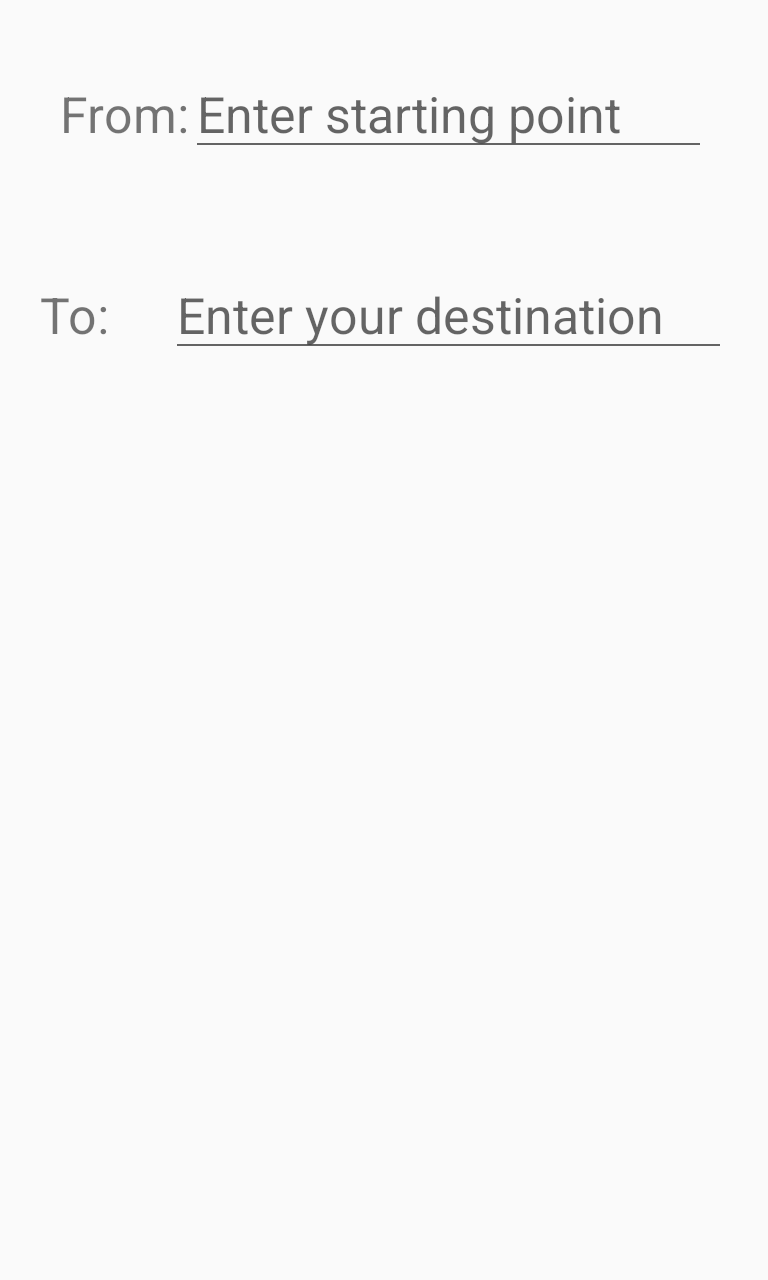
Repository: TewodrosT/LiLY
Layout: TransportationLily/res/layout/activity_main.xml
These files come from the project's save history. The layout is drawn as it stood at one moment and after the next save; the edit follows.
It is drawn on a 768 x 1280 px phone screen (xhdpi) without system bars, with theme AppTheme; the app's code is not run.

Above is the layout before, as saved 2014-08-05 17:10:32.

After the next save:
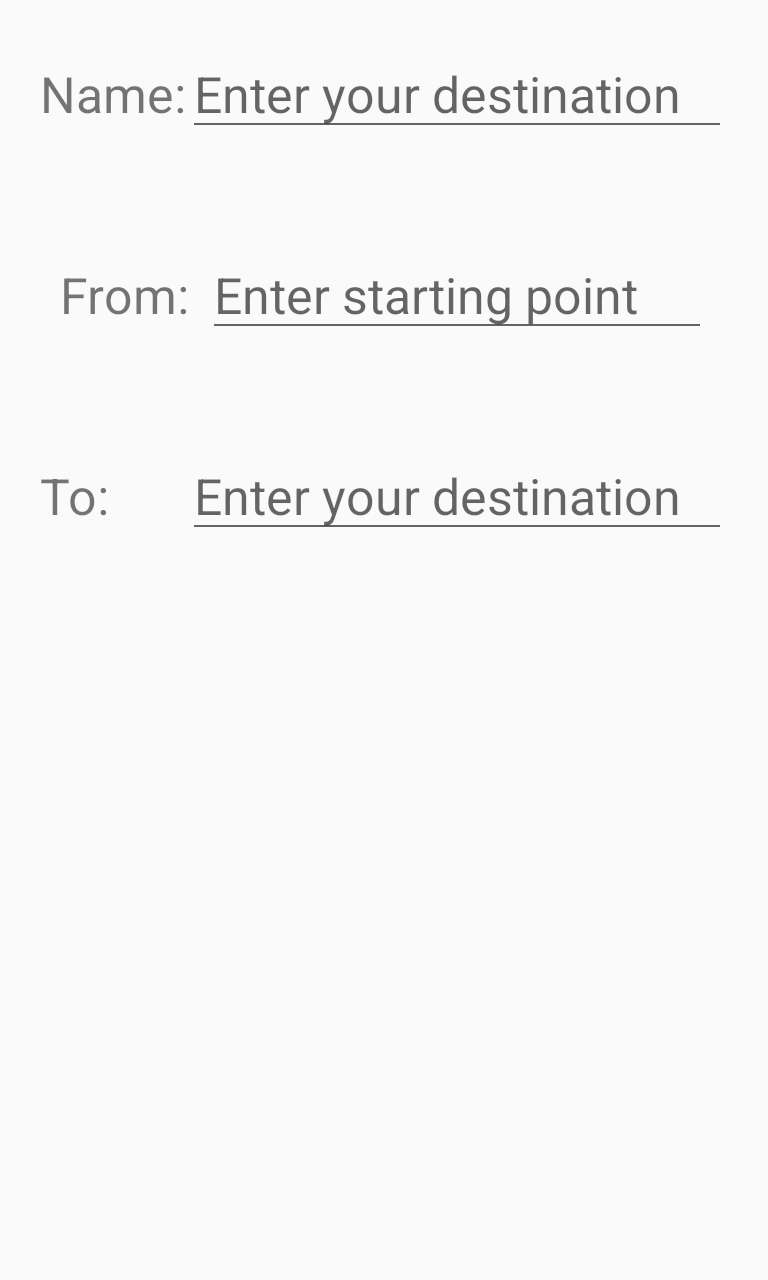
Saved 17 h 42 min later.
--- a/TransportationLily/res/layout/activity_main.xml
+++ b/TransportationLily/res/layout/activity_main.xml
@@ -8,6 +8,27 @@
     <TableLayout
         android:layout_width="match_parent"
         android:layout_height="match_parent" >
+
+
+        <TableRow
+            android:layout_width="wrap_content"
+            android:layout_height="wrap_content"
+            android:layout_margin="20sp" >
+
+            <TextView
+                android:layout_width="wrap_content"
+                android:layout_height="wrap_content"
+                android:text="@string/senior_name"
+                android:textSize="25sp" />
+
+            <EditText
+                android:id="@+id/to"
+                android:layout_width="0dp"
+                android:layout_height="wrap_content"
+                android:layout_weight="1"
+                android:hint="@string/ending_location"
+                android:textSize="25sp" />
+        </TableRow>
 
         <TableRow
             android:layout_width="wrap_content"
--- a/TransportationLily/res/values/strings.xml
+++ b/TransportationLily/res/values/strings.xml
@@ -8,6 +8,7 @@
     <string name="starting_location">Enter starting point</string>
     <string name= "destination_point">To: </string>
     <string name="ending_location">Enter your destination</string>
+    <string name= "senior_name"> Name: </string>
 
 
 </resources>
